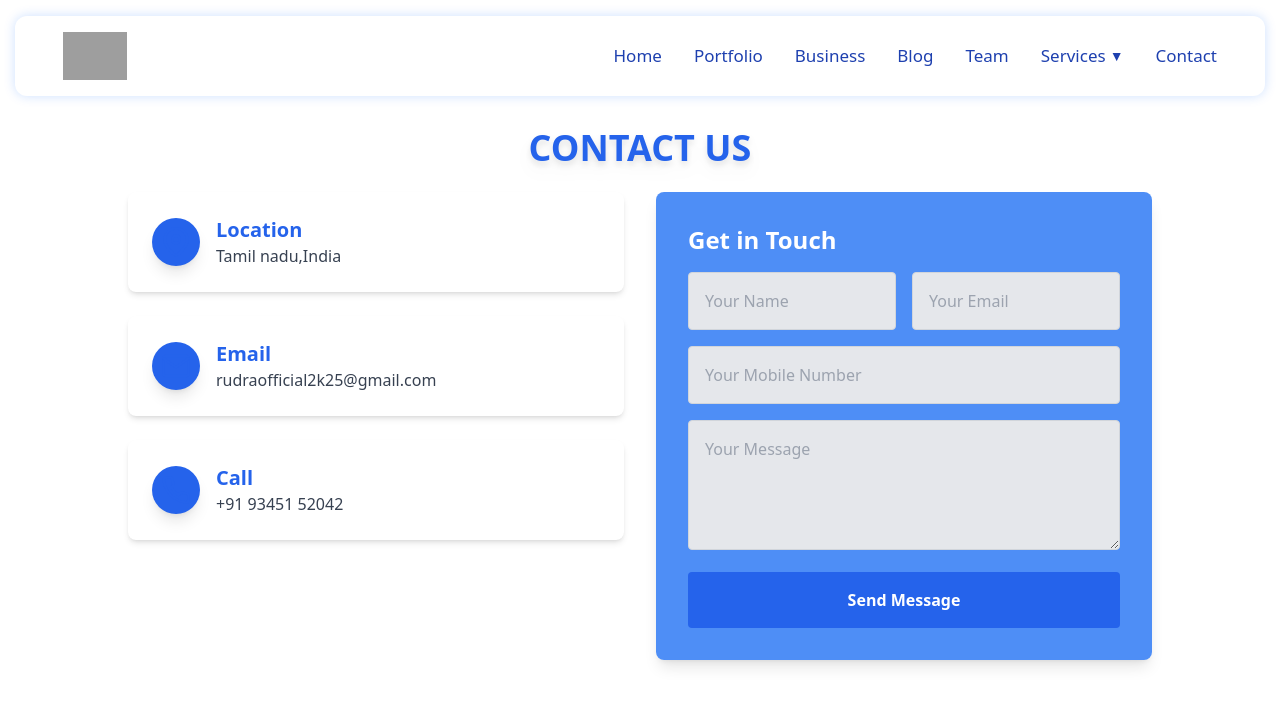
Repository: Rudra-Eswaran/Rudra_Official
Page: /
These files come from the project's save history. The page is drawn as it stood at one moment and after the next save; the edit follows.
The browser window is 1280 px wide. The pictures show the whole page.
Pictures or frames that could not be fetched are drawn as grey boxes. Some web libraries are served in a nearby version. The project was rebuilt for these pictures with package versions that can differ from the ones it lists, and the page was loaded fresh each time. Also part of the build but not shown: vite.config.js.

Above is the page before, as saved 2025-04-15 19:23:13.

After the next save:
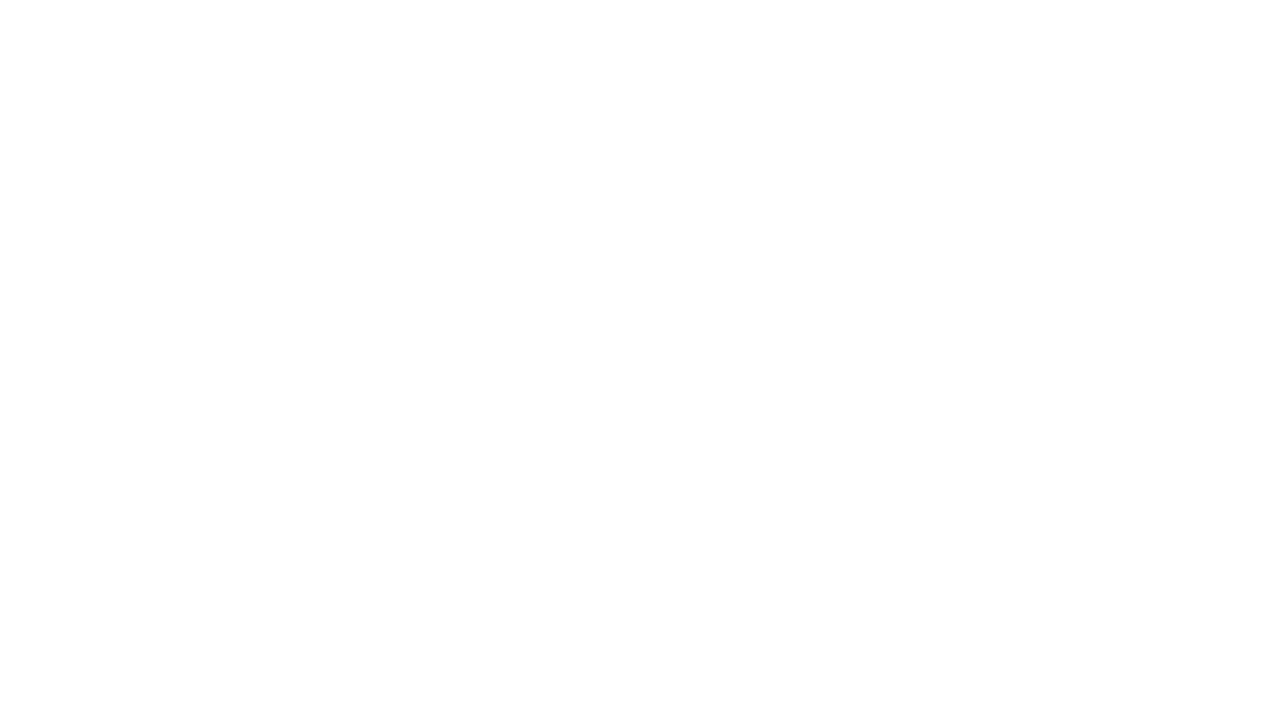
Console error: ReferenceError: InfoBox is not defined
Saved 3 min 1 s later.
--- a/src/pages/Contactus.jsx
+++ b/src/pages/Contactus.jsx
@@ -1,9 +1,9 @@
 import React, { useState } from "react";
 import { motion } from "framer-motion";
-import { FiPhone, FiMail, FiMapPin, FiX } from "react-icons/fi";  // Using react-icons for Phone, Email, Location
-import { CONTACT_INFO, MODAL_MESSAGES, FORM_FIELDS, BUTTON_LABELS } from "../Constants"; // Import constants
+import { FiPhone, FiMail, FiMapPin, FiX } from "react-icons/fi";
+import { CONTACT_INFO, MODAL_MESSAGES, FORM_FIELDS, BUTTON_LABELS } from "../Constants";
 
-const Contactus = ({ scrollToFooter }) => {
+const ContactUs = ({ scrollToFooter }) => {
   const [formData, setFormData] = useState({ name: "", email: "", message: "", phone: "" });
   const [submitted, setSubmitted] = useState(false);
   const [loading, setLoading] = useState(false);
@@ -57,9 +57,9 @@
       initial={{ opacity: 0, y: 30 }}
       animate={{ opacity: 1, y: 0 }}
       transition={{ duration: 0.6, ease: "easeOut" }}
-      className="relative text-black pt-32 pb-12 px-4 md:px-6 min-h-screen bg-white" // Removed scroll-mt-32
+      className="relative text-black pt-32 pb-12 px-4 md:px-6 min-h-screen bg-white overflow-hidden" // Prevent scroll issue
       style={{
-        backgroundColor: "#ffffff", // White background
+        backgroundColor: "#ffffff",
         backgroundSize: "cover",
         backgroundPosition: "center",
         backgroundRepeat: "no-repeat",
@@ -143,50 +143,4 @@
   );
 };
 
-const InfoBox = ({ icon, title, text, onClick }) => (
-  <motion.div
-    onClick={onClick}
-    className="cursor-pointer bg-white p-4 md:p-6 rounded-lg flex items-center gap-4 shadow-md transition-transform transform hover:scale-103 hover:shadow-lg"
-    whileHover={{ scale: 1.03, boxShadow: "0px 0px 10px rgba(0, 123, 255, 0.4)" }}
-  >
-    <motion.div
-      className="w-12 h-12 flex items-center justify-center rounded-full bg-blue-600 text-white shadow-lg"
-      whileHover={{ boxShadow: "0px 0px 15px rgba(0, 123, 255, 1)" }}
-      transition={{ duration: 0.3 }}
-    >
-      {icon}
-    </motion.div>
-    <div>
-      <h4 className="text-lg md:text-xl font-semibold text-blue-600">{title}</h4>
-      <p className="text-gray-700">{text}</p>
-    </div>
-  </motion.div>
-);
-
-const InputField = ({ type, name, placeholder, value, handleChange }) => (
-  <motion.input
-    whileFocus={{ scale: 1.02 }}
-    type={type}
-    name={name}
-    placeholder={placeholder}
-    required
-    value={value}
-    onChange={handleChange}
-    className="w-full p-3 md:p-4 rounded bg-gray-200 border border-gray-300 focus:border-blue-500 transition"
-  />
-);
-
-const TextAreaField = ({ name, placeholder, value, handleChange }) => (
-  <motion.textarea
-    whileFocus={{ scale: 1.02 }}
-    name={name}
-    placeholder={placeholder}
-    required
-    rows="4"
-    value={value}
-    onChange={handleChange}
-    className="w-full p-3 md:p-4 rounded bg-gray-200 border border-gray-300 focus:border-blue-500 transition"
-  />
-);
-
-export default Contactus;
+export default ContactUs;

After the 2 saves that followed:
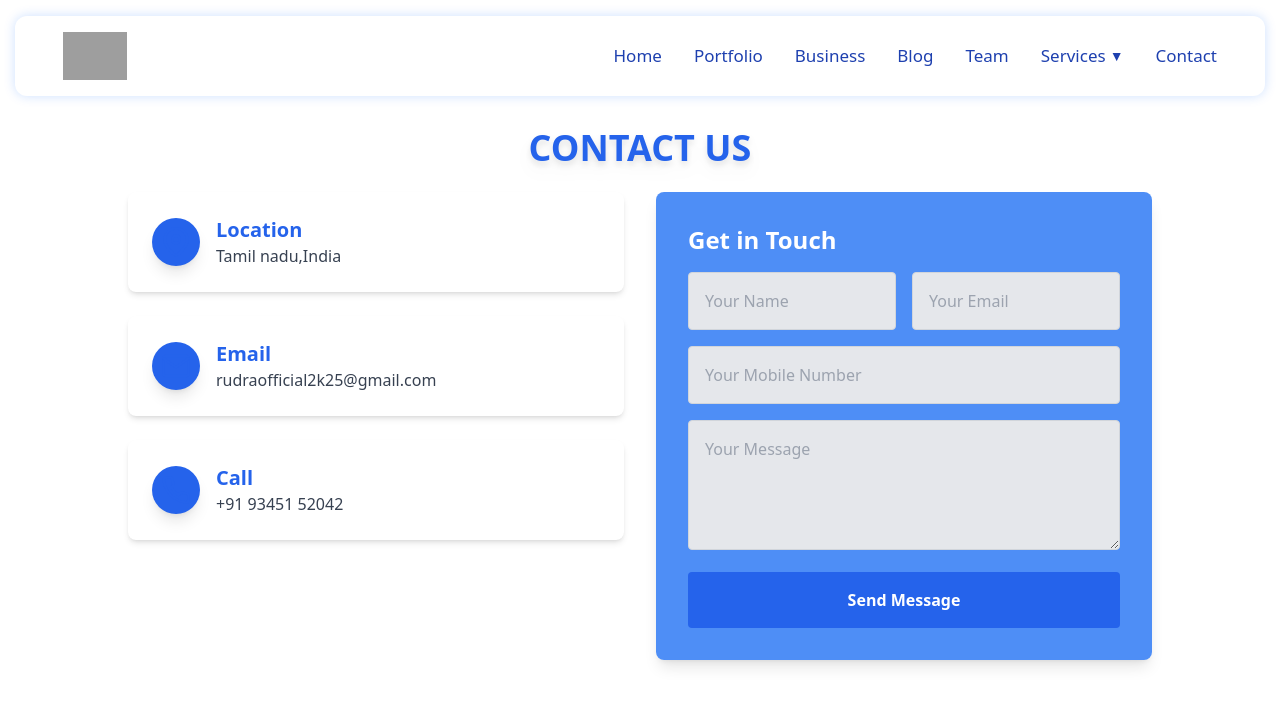
The error is gone.
The 2 saves are shown as one change because 1 left the picture as it was.
The last was saved 2 min 31 s later.
--- a/src/components/Navbar.jsx
+++ b/src/components/Navbar.jsx
@@ -16,8 +16,7 @@ const Navbar = () => {
   return (
     <nav
       className={`fixed top-4 left-[15px] right-[15px] z-50 p-4 rounded-xl backdrop-blur-md transition-all duration-300 ease-in-out
-        ${scrolled ? "shadow-[0_0_20px_rgba(0,102,255,0.4)]" : "shadow-[0_0_12px_rgba(0,102,255,0.2)]"}
-      `}
+        ${scrolled ? "shadow-[0_0_20px_rgba(0,102,255,0.4)]" : "shadow-[0_0_12px_rgba(0,102,255,0.2)]"}`}
     >
       <div className="flex justify-between items-center px-4 md:px-8 bg-transparent">
         {/* Logo */}
@@ -31,11 +30,31 @@ const Navbar = () => {
 
         {/* Desktop Menu */}
         <ul className="hidden md:flex space-x-8 text-[17px] font-medium text-blue-800">
-          <li><Link to="/" className="hover:text-blue-400 hover:scale-105 transition-all">Home</Link></li>
-          <li><Link to="/portfolio" className="hover:text-blue-400 hover:scale-105 transition-all">Portfolio</Link></li>
-          <li><Link to="/business" className="hover:text-blue-400 hover:scale-105 transition-all">Business</Link></li>
-          <li><Link to="/blog" className="hover:text-blue-400 hover:scale-105 transition-all">Blog</Link></li>
-          <li><Link to="/team" className="hover:text-blue-400 hover:scale-105 transition-all">Team</Link></li>
+          <li>
+            <Link to="/" className="hover:text-blue-400 hover:scale-105 transition-all">
+              Home
+            </Link>
+          </li>
+          <li>
+            <Link to="/portfolio" className="hover:text-blue-400 hover:scale-105 transition-all">
+              Portfolio
+            </Link>
+          </li>
+          <li>
+            <Link to="/business" className="hover:text-blue-400 hover:scale-105 transition-all">
+              Business
+            </Link>
+          </li>
+          <li>
+            <Link to="/blog" className="hover:text-blue-400 hover:scale-105 transition-all">
+              Blog
+            </Link>
+          </li>
+          <li>
+            <Link to="/team" className="hover:text-blue-400 hover:scale-105 transition-all">
+              Team
+            </Link>
+          </li>
 
           {/* Services Dropdown */}
           <li className="relative">
@@ -47,14 +66,42 @@ const Navbar = () => {
             </button>
             {isDropdownOpen && (
               <ul className="absolute left-0 mt-2 bg-white border border-blue-200 shadow-xl rounded-md py-2 w-44 animate-fadeIn space-y-2 text-blue-800 z-50">
-                <li><Link to="/products" className="block px-4 py-2 hover:bg-blue-50 hover:text-blue-500 transition-all" onClick={() => setIsDropdownOpen(false)}>Products</Link></li>
-                <li><Link to="/services" className="block px-4 py-2 hover:bg-blue-50 hover:text-blue-500 transition-all" onClick={() => setIsDropdownOpen(false)}>Services</Link></li>
-                <li><Link to="/edtech" className="block px-4 py-2 hover:bg-blue-50 hover:text-blue-500 transition-all" onClick={() => setIsDropdownOpen(false)}>Edtech</Link></li>
+                <li>
+                  <Link
+                    to="/products"
+                    className="block px-4 py-2 hover:bg-blue-50 hover:text-blue-500 transition-all"
+                    onClick={() => setIsDropdownOpen(false)}
+                  >
+                    Products
+                  </Link>
+                </li>
+                <li>
+                  <Link
+                    to="/services"
+                    className="block px-4 py-2 hover:bg-blue-50 hover:text-blue-500 transition-all"
+                    onClick={() => setIsDropdownOpen(false)}
+                  >
+                    Services
+                  </Link>
+                </li>
+                <li>
+                  <Link
+                    to="/edtech"
+                    className="block px-4 py-2 hover:bg-blue-50 hover:text-blue-500 transition-all"
+                    onClick={() => setIsDropdownOpen(false)}
+                  >
+                    Edtech
+                  </Link>
+                </li>
               </ul>
             )}
           </li>
 
-          <li><Link to="/contact" className="hover:text-blue-400 hover:scale-105 transition-all">Contact</Link></li>
+          <li>
+            <Link to="/contact" className="hover:text-blue-400 hover:scale-105 transition-all">
+              Contact
+            </Link>
+          </li>
         </ul>
       </div>
     </nav>
--- a/src/pages/Contactus.jsx
+++ b/src/pages/Contactus.jsx
@@ -1,9 +1,9 @@
 import React, { useState } from "react";
 import { motion } from "framer-motion";
-import { FiPhone, FiMail, FiMapPin, FiX } from "react-icons/fi";
-import { CONTACT_INFO, MODAL_MESSAGES, FORM_FIELDS, BUTTON_LABELS } from "../Constants";
+import { FiPhone, FiMail, FiMapPin, FiX } from "react-icons/fi";  // Using react-icons for Phone, Email, Location
+import { CONTACT_INFO, MODAL_MESSAGES, FORM_FIELDS, BUTTON_LABELS } from "../Constants"; // Import constants
 
-const ContactUs = ({ scrollToFooter }) => {
+const Contactus = ({ scrollToFooter }) => {
   const [formData, setFormData] = useState({ name: "", email: "", message: "", phone: "" });
   const [submitted, setSubmitted] = useState(false);
   const [loading, setLoading] = useState(false);
@@ -57,9 +57,9 @@
       initial={{ opacity: 0, y: 30 }}
       animate={{ opacity: 1, y: 0 }}
       transition={{ duration: 0.6, ease: "easeOut" }}
-      className="relative text-black pt-32 pb-12 px-4 md:px-6 min-h-screen bg-white overflow-hidden" // Prevent scroll issue
+      className="relative text-black pt-32 pb-12 px-4 md:px-6 min-h-screen bg-white" // Removed scroll-mt-32
       style={{
-        backgroundColor: "#ffffff",
+        backgroundColor: "#ffffff", // White background
         backgroundSize: "cover",
         backgroundPosition: "center",
         backgroundRepeat: "no-repeat",
@@ -143,4 +143,50 @@
   );
 };
 
-export default ContactUs;
+const InfoBox = ({ icon, title, text, onClick }) => (
+  <motion.div
+    onClick={onClick}
+    className="cursor-pointer bg-white p-4 md:p-6 rounded-lg flex items-center gap-4 shadow-md transition-transform transform hover:scale-103 hover:shadow-lg"
+    whileHover={{ scale: 1.03, boxShadow: "0px 0px 10px rgba(0, 123, 255, 0.4)" }}
+  >
+    <motion.div
+      className="w-12 h-12 flex items-center justify-center rounded-full bg-blue-600 text-white shadow-lg"
+      whileHover={{ boxShadow: "0px 0px 15px rgba(0, 123, 255, 1)" }}
+      transition={{ duration: 0.3 }}
+    >
+      {icon}
+    </motion.div>
+    <div>
+      <h4 className="text-lg md:text-xl font-semibold text-blue-600">{title}</h4>
+      <p className="text-gray-700">{text}</p>
+    </div>
+  </motion.div>
+);
+
+const InputField = ({ type, name, placeholder, value, handleChange }) => (
+  <motion.input
+    whileFocus={{ scale: 1.02 }}
+    type={type}
+    name={name}
+    placeholder={placeholder}
+    required
+    value={value}
+    onChange={handleChange}
+    className="w-full p-3 md:p-4 rounded bg-gray-200 border border-gray-300 focus:border-blue-500 transition"
+  />
+);
+
+const TextAreaField = ({ name, placeholder, value, handleChange }) => (
+  <motion.textarea
+    whileFocus={{ scale: 1.02 }}
+    name={name}
+    placeholder={placeholder}
+    required
+    rows="4"
+    value={value}
+    onChange={handleChange}
+    className="w-full p-3 md:p-4 rounded bg-gray-200 border border-gray-300 focus:border-blue-500 transition"
+  />
+);
+
+export default Contactus;
